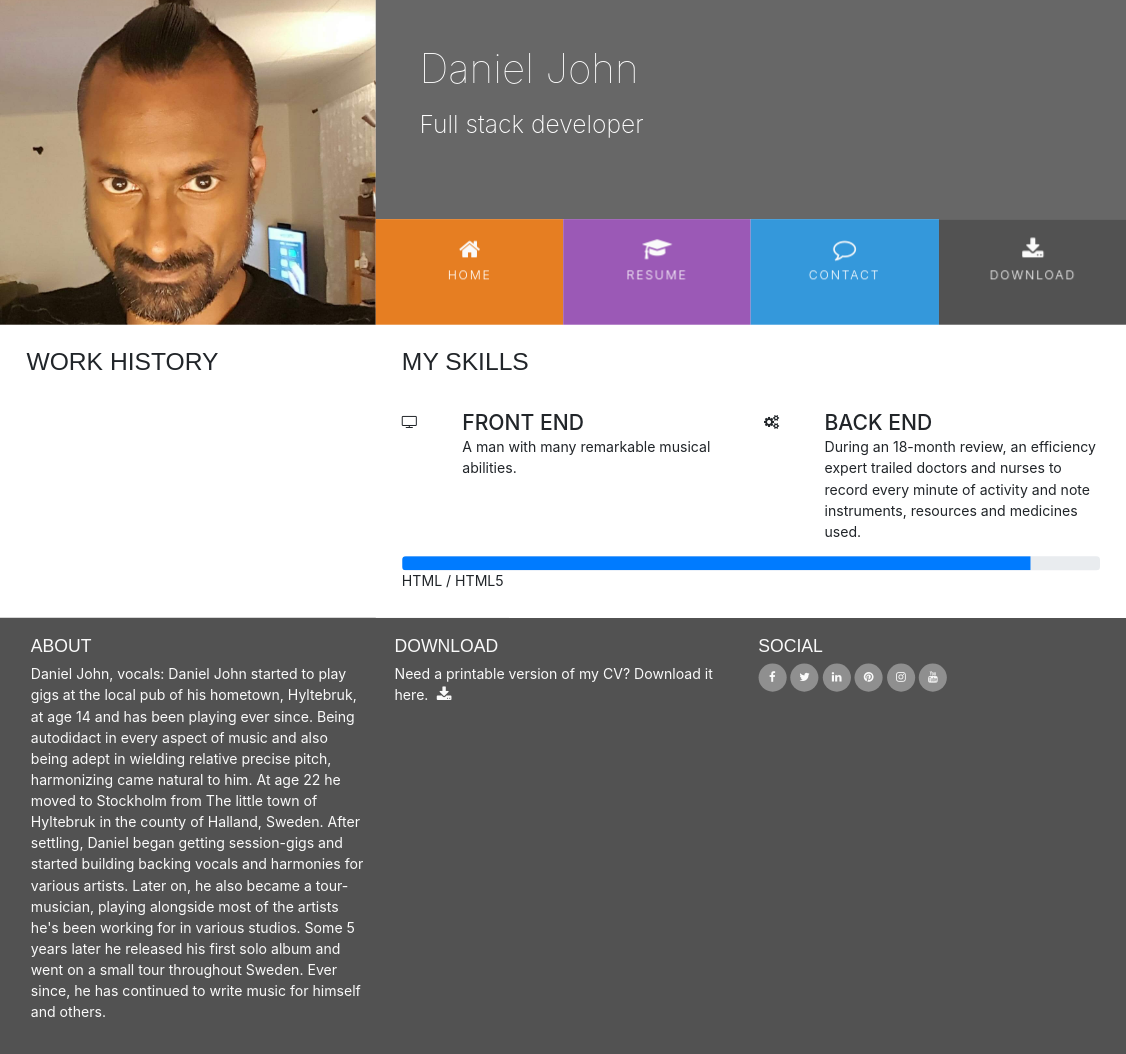
Repository: Jadehammar/initial-commit
Page: resume.html
The author's editor kept a record of every edit. The page is drawn from the files as they stood at one moment, then again after the next edit.
The browser window is 1280 px wide. The pictures show the whole page, at 88% of full size.

Above is the page before.

### resume.html
<!DOCTYPE html>
<html lang="en">

<head>
    <meta charset="UTF-8">
    <meta name="viewport" content="width=device-width, initial-scale=1.0">
    <meta http-equiv="X-UA-Compatible" content="ie=edge">
    <link rel="stylesheet" href="https://stackpath.bootstrapcdn.com/font-awesome/4.7.0/css/font-awesome.min.css" type="text/css" />
    <link rel="stylesheet" href="https://cdnjs.cloudflare.com/ajax/libs/hover.css/2.3.1/css/hover-min.css" type="text/css" />
    <link rel="stylesheet" href="https://stackpath.bootstrapcdn.com/bootstrap/4.3.1/css/bootstrap.min.css" type="text/css" />
    <link rel="stylesheet" href="assets/css/style.css" type="text/css" />
    <title>Daniel John resume</title>
</head>
<body>
    <header>
        <div class="row no-gutters">
            <a href="index.html" class="col-md-4 logo"></a>
            <div class="col-md-8">
                <div class="row no-gutters bg-color-name-title">
                    <div class="col heading">
                        <h1 class="name">Daniel John</h1>
                        <h2 class="title">Full stack developer</h2>
                    </div>
                </div>
                <div class="row no-gutters">
                    <div class="col">
                        <ul id="nav" class="list-inline menucontainer">
                            <li class="col-6 col-sm-3 ui-menue-color-home list-inline-item menueitem">
                                <a href="#" class="hvr-sweep-to-bottom"><i class="fa fa-home" aria-hidden="true"></i><span>Home</span></a>
                            </li>
                            <li class="col-6 col-sm-3 ui-menue-color-resume list-inline-item menueitem">
                                <a href="#" class="hvr-sweep-to-bottom"><i class="fa fa-graduation-cap" aria-hidden="true"></i><span>Resume</span></a>
                            </li>
                            <li class="col-6 col-sm-3 ui-menue-color-contact list-inline-item menueitem">
                                <a href="#" class="hvr-sweep-to-bottom"><i class="fa fa-comment-o" aria-hidden="true"></i><span>Contact</span></a>
                            </li>
                            <li class="col-6 col-sm-3 ui-menue-color-download list-inline-item menueitem">
                                <a href="#" class="hvr-sweep-to-bottom"><i class="fa fa-download" aria-hidden="true"></i><span>Download</span></a>
                            </li>

                        </ul>
                    </div>
                </div>
            </div>
    </header>
    <section class="container-fluid">
        <div class="row">
            <div class="col-md-4 bg-color-personal-info section-column">
                <div class="row">
                    <div class="col-12">
                        <h3 class="section-heading uppercase">
                            Work history
                        </h3>
                    </div>
                </div>
            </div>
            <div class="col-md-8 bg-color-three-reasons section-column">
                <div class="row">
                    <div class="col">
                        <h3 class="section-heading uppercase">My Skills</h3>
                    </div>
                </div>
                <div class="row">
                    <div class="col-10 offset-1 offset-sm-0 col-sm-4 col-md-6">
                        <div class="row">
                            <div class="col-2">
                                <i class="three-reasons-icon fa fa-tv" aria-hidden="true"></i>
                            </div>
                            <div class="col-10">
                                <h4 class="three-reasons-heading uppercase">Front End</h4>
                                <p>
                                    A man with many remarkable musical abilities.
                                </p>
                            </div>
                        </div>
                    </div>
                    <div class="col-10 offset-1 offset-sm-0 col-sm-4 col-md-6">
                        <div class="row">
                            <div class="col-2">
                                <i class="three-reasons-icon fa fa-gears" aria-hidden="true"></i>
                            </div>
                            <div class="col-10">
                                <h4 class="three-reasons-heading uppercase">Back End</h4>
                                <p>
                                    During an 18-month review, an efficiency expert trailed doctors and nurses to record every minute of activity and note instruments, resources and medicines used.
                                </p>
                            </div>
                        </div>
                    </div>
                </div>
                <div class="row progress-section">
                    <div class="col">
                        <div class="progress">
                            <div class="progress-bar" role="progressbar" aria-valuenow="90" ariavalue-min="0"
                            ariavalue-max="100%" style="width:90%">
                            </div>
                            <span class="sr-only">90% complete</<span>
                        </div>
                        <span class="progress-type">HTML / HTML5</span>
                    </div>
                </div>
            </div>
    </section>
    <footer class="container-fluid">
        <div id="footer-details" class="row">
            <div class="col-sm-4">
                <h5 class="uppercase general-sub">About</h5>
                <p class="inline-block">
                    Daniel John, vocals: Daniel John started to play gigs at the local pub of his hometown, Hyltebruk, at age 14 and has been playing ever since. Being autodidact in every aspect of music and also being adept in wielding relative precise pitch, harmonizing
                    came natural to him. At age 22 he moved to Stockholm from The little town of Hyltebruk in the county of Halland, Sweden. After settling, Daniel began getting session-gigs and started building backing vocals and harmonies for various
                    artists. Later on, he also became a tour-musician, playing alongside most of the artists he's been working for in various studios. Some 5 years later he released his first solo album and went on a small tour throughout Sweden. Ever
                    since, he has continued to write music for himself and others.
                </p>
            </div>
            <div class="col-sm-4">
                <h5 class="uppercase general-sub">Download</h5>
                <p class="inline-block">
                    Need a printable version of my CV? Download it here.
                    <a href="#" taraget="_blank" class="cv-pdf">
                        <i class="fa fa-download" aria-hidden="true"></i>
                        <span class="sr-only">Download link.</span>
                    </a>
                </p>
            </div>
            <div class="col-sm-4">
                <h5 class="uppercase general-sub">social</h5>
                <ul class="list-inline social-links">
                    <li class="list-inline-item">
                        <a target="_blank" href="#">
                            <i class="fa fa-facebook" aria-hidden="true"></i>
                            <span class="sr-only">Facebook</span>
                        </a>
                    </li>
                    <li class="list-inline-item">
                        <a target="_blank" href="#">
                            <i class="fa fa-twitter" aria-hidden="true"></i>
                            <span class="sr-only">Twitter</span>
                        </a>
                    </li>
                    <li class="list-inline-item">
                        <a target="_blank" href="#">
                            <i class="fa fa-linkedin" aria-hidden="true"></i>
                            <span class="sr-only">LinkedIn</span>
                        </a>
                    </li>
                    <li class="list-inline-item">
                        <a target="_blank" href="#">
                            <i class="fa fa-pinterest" aria-hidden="true"></i>
                            <span class="sr-only">Pinterest</span>
                        </a>
                    </li>
                    <li class="list-inline-item">
                        <a target="_blank" href="#">
                            <i class="fa fa-instagram" aria-hidden="true"></i>
                            <span class="sr-only">Instagram</span>
                        </a>
                    </li>
                    <li class="list-inline-item">
                        <a target="_blank" href="#">
                            <i class="fa fa-youtube" aria-hidden="true"></i>
                            <span class="sr-only">YouTube</span>
                        </a>
                    </li>
                </ul>
            </div>
        </div>

    </footer>

</body>

</html>

### assets/css/style.css
@import url('https://fonts.googleapis.com/css?family=Roboto:100,200,300,400,500,600,700│exo:100,200,300,400,500,600,700');

/*---------------------------------------------color-------------------------------------*/

.bg-color-name-title {
    background-color: #676767;
}

.bg-color-three-reasons {
    background-color: #fff;
}

.ui-menue-color-home {
    background-color: #e67e22;

}

.ui-menue-color-resume {
    background-color: #9b59b6;

}

.ui-menue-color-contact {
    background-color: #3498db;

}

.ui-menue-color-download {
    background-color: #525252;

}


/*---------------------------------------------Special padding/margins/text-------------------------------------*/

h1,
h2,
h3,
h4 {
    margin: 0;
}

.uppercase {
    text-transform: uppercase;
}

.general-sub {
    font-family: "Exo", sans-serif;
    font-weight: 300;
    color: #fafafa;
}

.inline-block {
    display: inline-block;
}

.row-table {
    display: table;
}

.section-column{
    display: table-cell;
    padding: 0 30px 30px;
    float: none;
}

.section-heading{
    font-family: "Exo", sans-serif;
    font-weight: 300;
    margin-bottom: 40px;
    margin-top: 25px;
}
/*---------------------------------------------Heading-------------------------------------*/

header {
    margin: 0;
}

.heading {
    margin-left: 50px;

}

.logo {
    background: url("../images/närbild_p.jpg");
    background-position: center;
    background-repeat: no-repeat;
    background-size: cover;
    min-height: 360px;
    transition: all .75s ease-in-out;
    -moz-transition: all .75s ease-in-out;
    -webkit-transition: all .75s ease-in-out;
    -o-transition: all .75s ease-in-out;
}

.name {
    font-family: "Exo" sans-serif;
    font-weight: 100;
    font-size: 46px;
    margin-top: 50px;
    color: #fff;
}

.title {
    font-family: "Roboto" sans-serif;
    font-weight: 200;
    font-size: 28px;
    margin-top: 20px;
    margin-bottom: 90px;
    color: #fff;
}

.list-inline-item:not(:last-child) {
    margin: 0;
}

.menucontainer {
    font-size: 0;
}

#nav li {
    font-size: 14px;
    padding: 0;
}

#nav {
    margin: 0;
}

.menueitem {
    height: 120px;
    text-align: center;
    padding: 0;
}

.menueitem a {
    width: 100%;
    text-decoration: none;
    color: #fff;
    height: 120px;
}

.menueitem a i {
    padding-top: 22px;
    display: block;
    color: #fafafa;
    font-size: 26px;
}

.menueitem span {
    display: block;
    width: 100%;
    padding-top: 5px;
    text-align: center;
    text-transform: uppercase;
    font-size: 14px;
    font-weight: 300;
    letter-spacing: 2px;
}


/*---------------------------------------------Hover.css-------------------------------------*/

.hvr-sweep-to-bottom:before {
    background: rgba(0, 0, 0, 0.2);
    height: 120px;
}

/*---------------------------------------------Footer-------------------------------------*/

footer {
    background-color: #525252;
    color: #fafafa;
    min-height: 120px;
    margin: 0;
}

.cv-pdf i {
    font-size: 18px;
    color: #fafafa;
    text-align: center;
    padding-left: 5px;
    transition: all 0.35s ease-in-out;
    -moz-transition: all 0.35s ease-in-out;
    -webkit-transition: all 0.35s ease-in-out;
    -o-transition: all 0.35 ease-in-out;
}

.cv-pdf i:hover {
    color: #e84160;
}

.social-links {
    padding-bottom: 15px;
}


.social-links li a i {
    width: 32px;
    height: 32px;
    padding: 12px 0;
    border-radius: 50%;
    font-size: 13px;
    line-height: 7px;
    text-align: center;
    color: #fafafa;
    background: #8f8f8f;
    transition: all 0.35s ease-in-out;
    -moz-transition: all 0.35s ease-in-out;
    -webkit-transition: all 0.35s ease-in-out;
    -o-transition: all 0.35 ease-in-out;
}

.social-links li a i:hover {
    background: #e84610;
}

#footer-details {
    padding: 20px;
}

After the next edit:
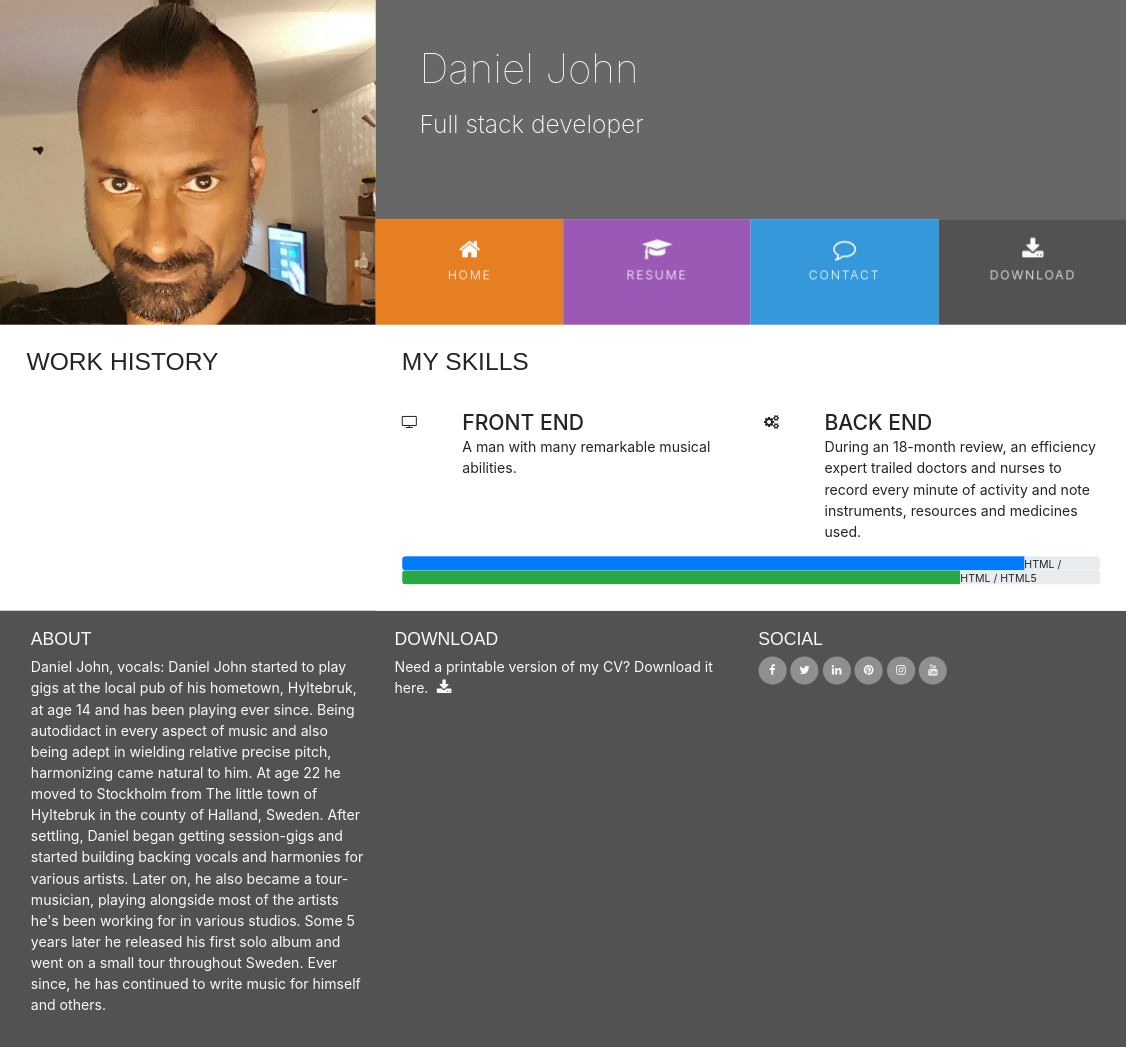
The edit:
--- a/resume.html
+++ b/resume.html
@@ -91,13 +91,17 @@
                 <div class="row progress-section">
                     <div class="col">
                         <div class="progress">
-                            <div class="progress-bar" role="progressbar" aria-valuenow="90" ariavalue-min="0"
-                            ariavalue-max="100%" style="width:90%">
+                            <div class="progress-bar" role="progressbar" aria-valuenow="90" aria-valuemin="0" aria-valuemax="100" style="width:90%;">
+                                <span class="sr-only">90% complete</span>
                             </div>
-                            <span class="sr-only">90% complete</<span>
+                            <span class="progress-type">HTML / HTML5</span>
                         </div>
-                        <span class="progress-type">HTML / HTML5</span>
-                    </div>
+                        <div class="progress">
+                            <div class="progress-bar bg-success" role="progressbar" aria-valuenow="80" aria-valuemin="0" aria-valuemax="100" style="width:80%;">
+                                <span class="sr-only">80% complete</span>
+                            </div>
+                            <span class="progress-type">HTML / HTML5</span>
+                        </div>
                 </div>
             </div>
     </section>
